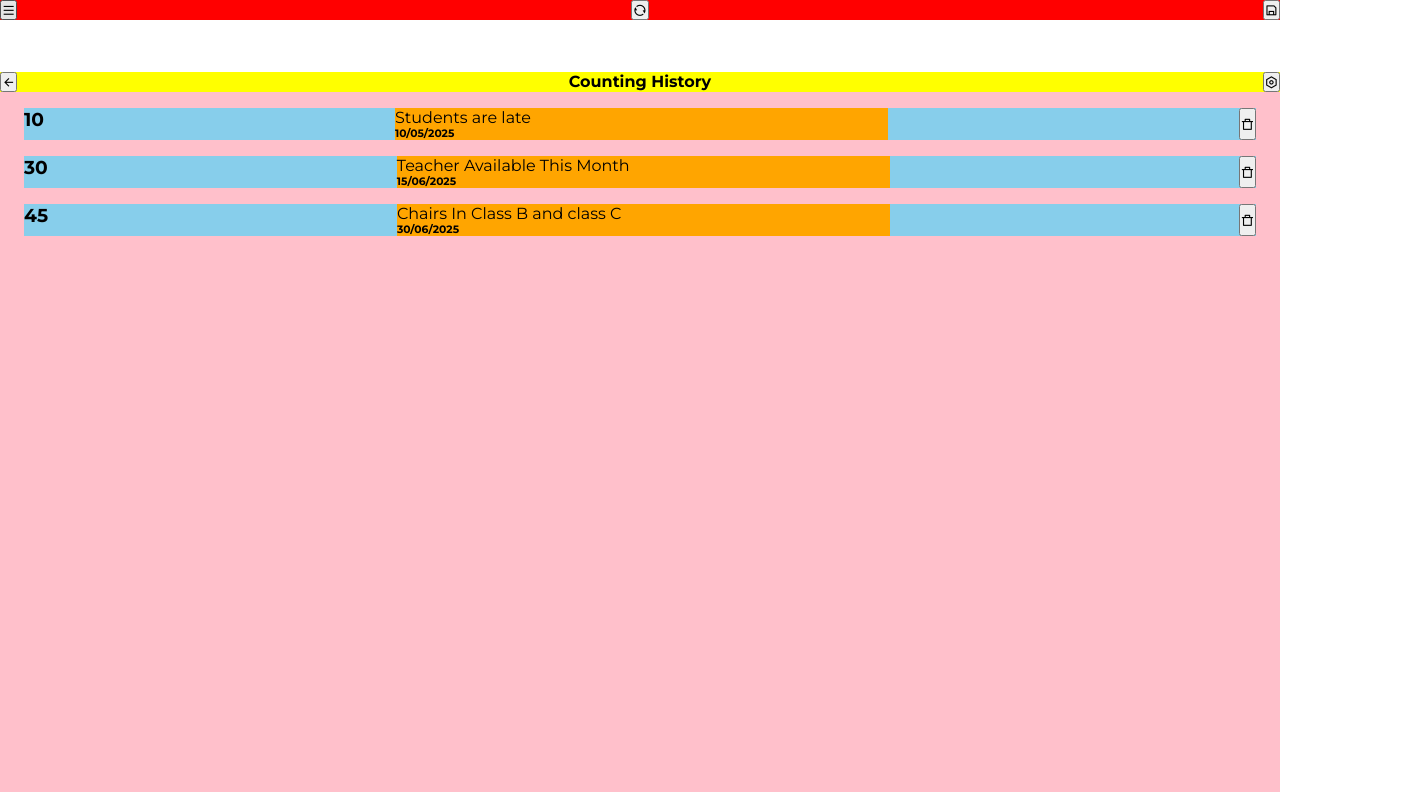
Repository: EguJaredoBoyd/Jared-Counter-App
Page: index.html
These files come from the project's save history. The page is drawn as it stood at one moment and after the next save; the edit follows.
The browser window is 1280 px wide. The page is 1280 px wide, then 1408 px, so the pictures cover 1408 px, including what lies to the right of the window. The pictures show the whole page.
After loading, the first visible `#toggle-button` was clicked once.

Above is the page before, as saved 2025-11-27 00:51:15.

After the next save:
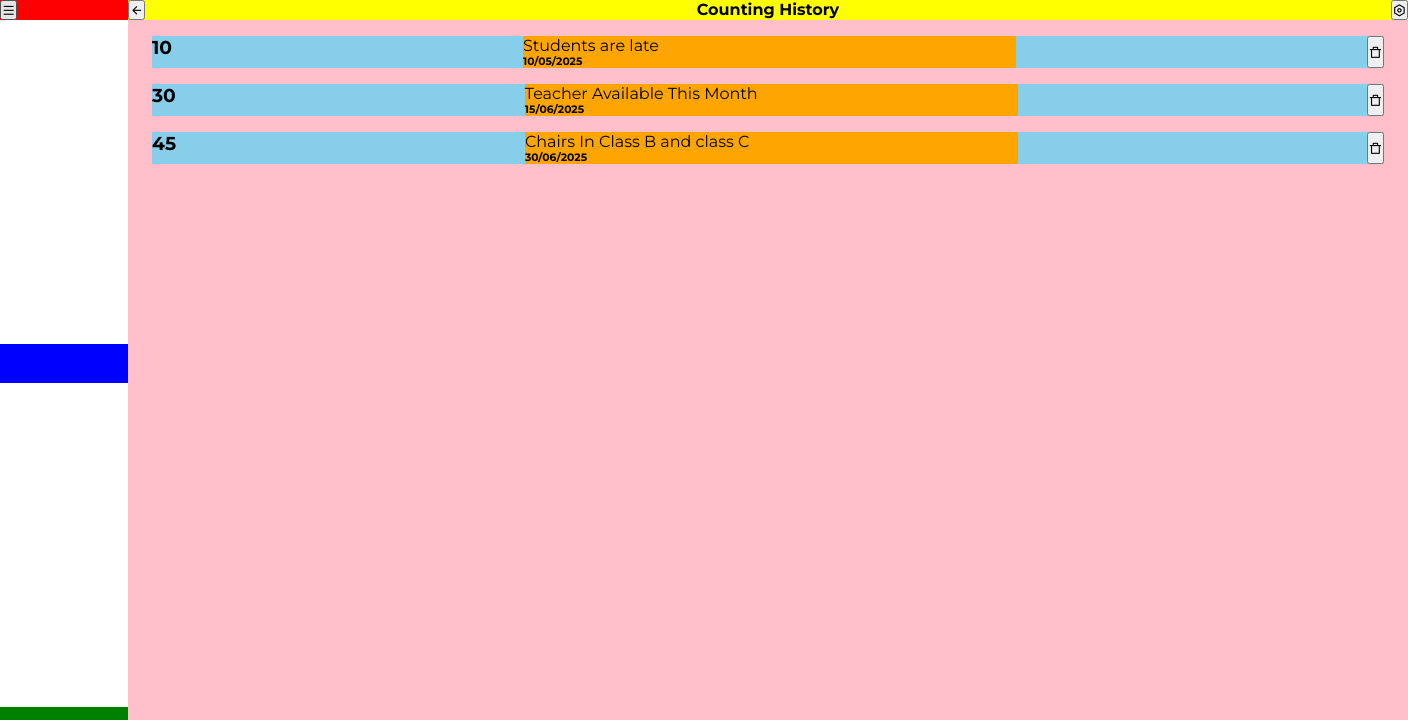
Saved 16 s later.
--- a/style.css
+++ b/style.css
@@ -37,7 +37,7 @@ header {
     right: 0;
     left: 0;
     bottom: 0;
-    transform: translateY(10%);
+    transform: translateX(10%);
 }
 
 .header__div__ul--header {
